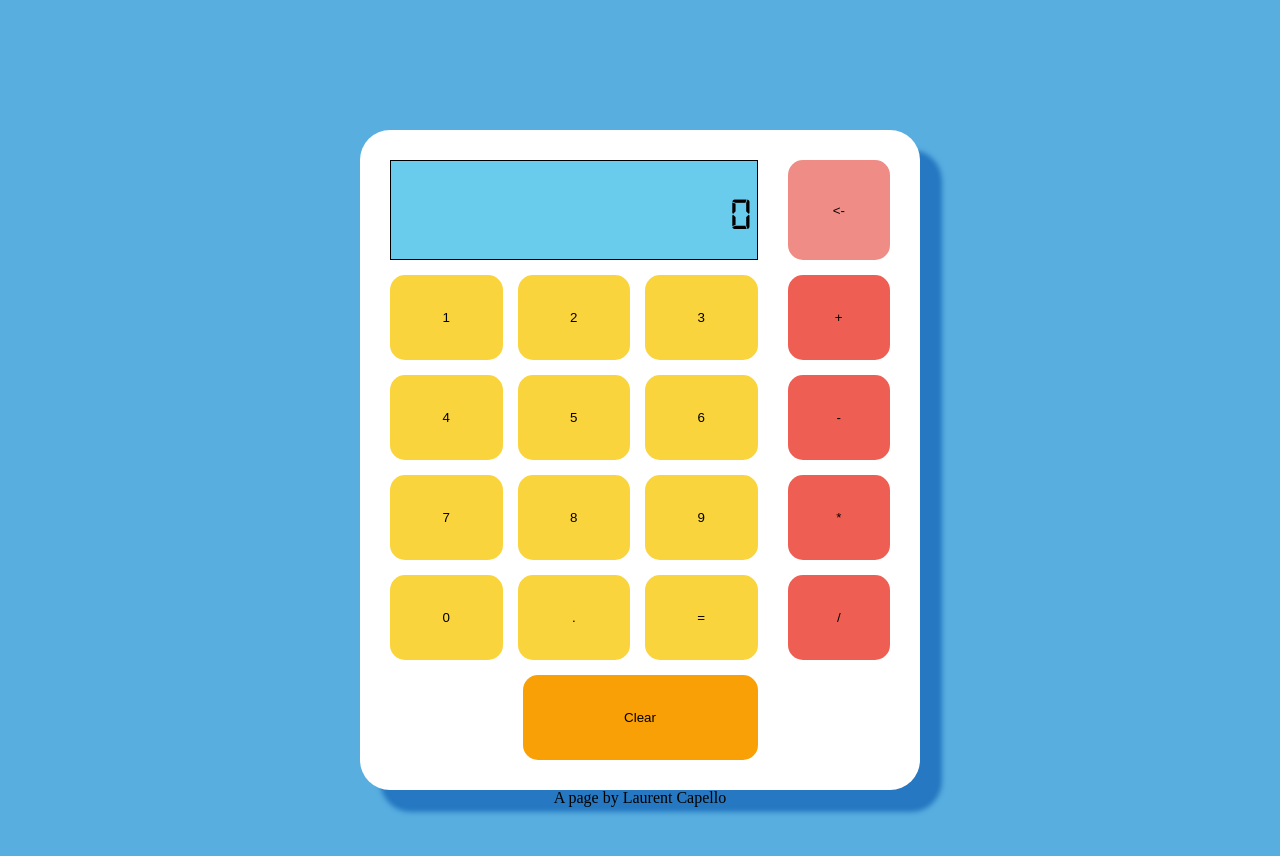
Repository: sokafootball/js-calculator
Page: index.html
These files come from the project's save history. The page is drawn as it stood at one moment and after a run of saves; the edit follows.
The browser window is 1280 px wide. The pictures show the whole page.

Above is the page before, as saved 2020-05-06 20:06:33.

After the next 2 saves:
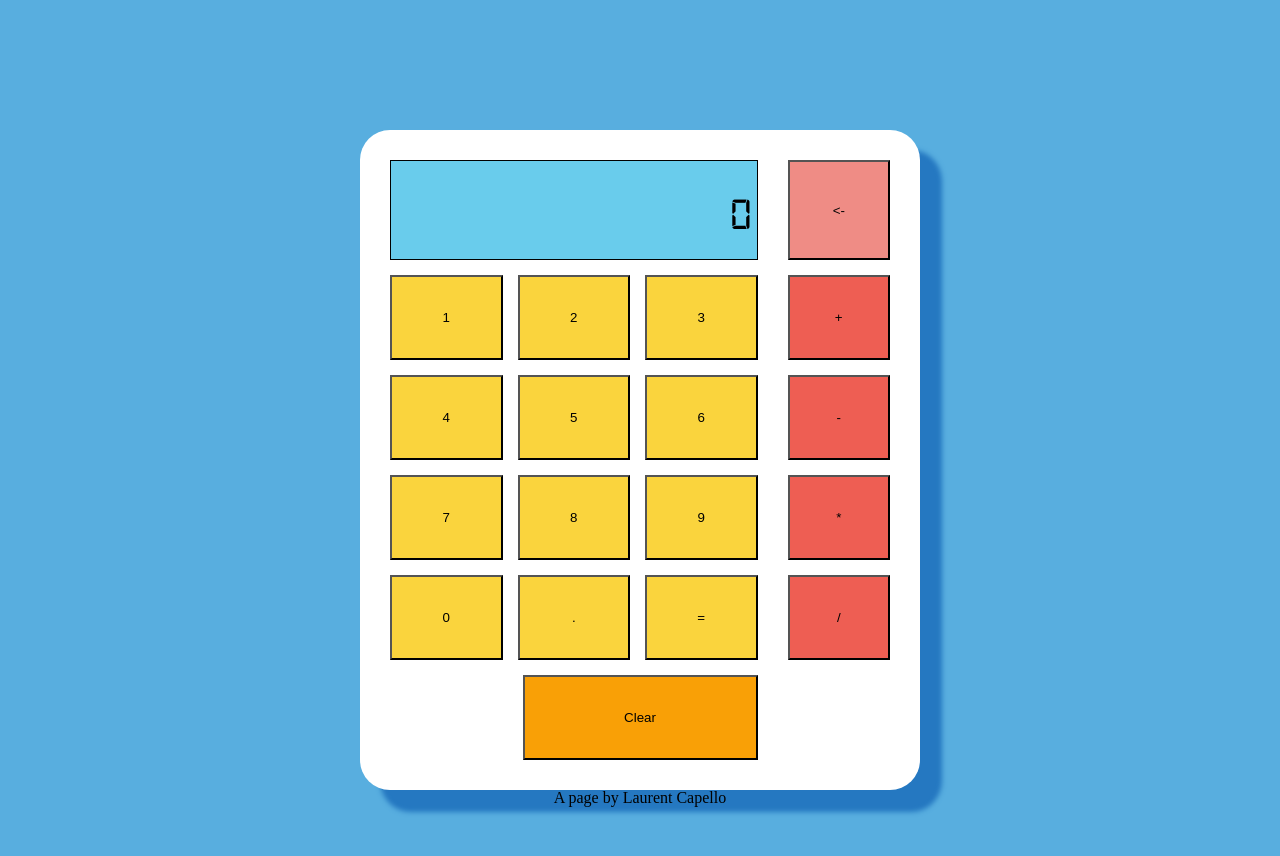
The 2 saves are shown as one change because they came seconds apart.
The last was saved 10 s later.
--- a/style.css
+++ b/style.css
@@ -22,7 +22,6 @@
 
 #numpad button{
   background-color: hsl(48, 95%, 61%);
-
 }
 
 #backspace{
@@ -51,7 +50,7 @@
   width: 500px;
 }
 
-#calculator button {
+#calculator button p{
   border-radius: 15px;
   border-width: 0px;
 }

After the 2 saves that followed:
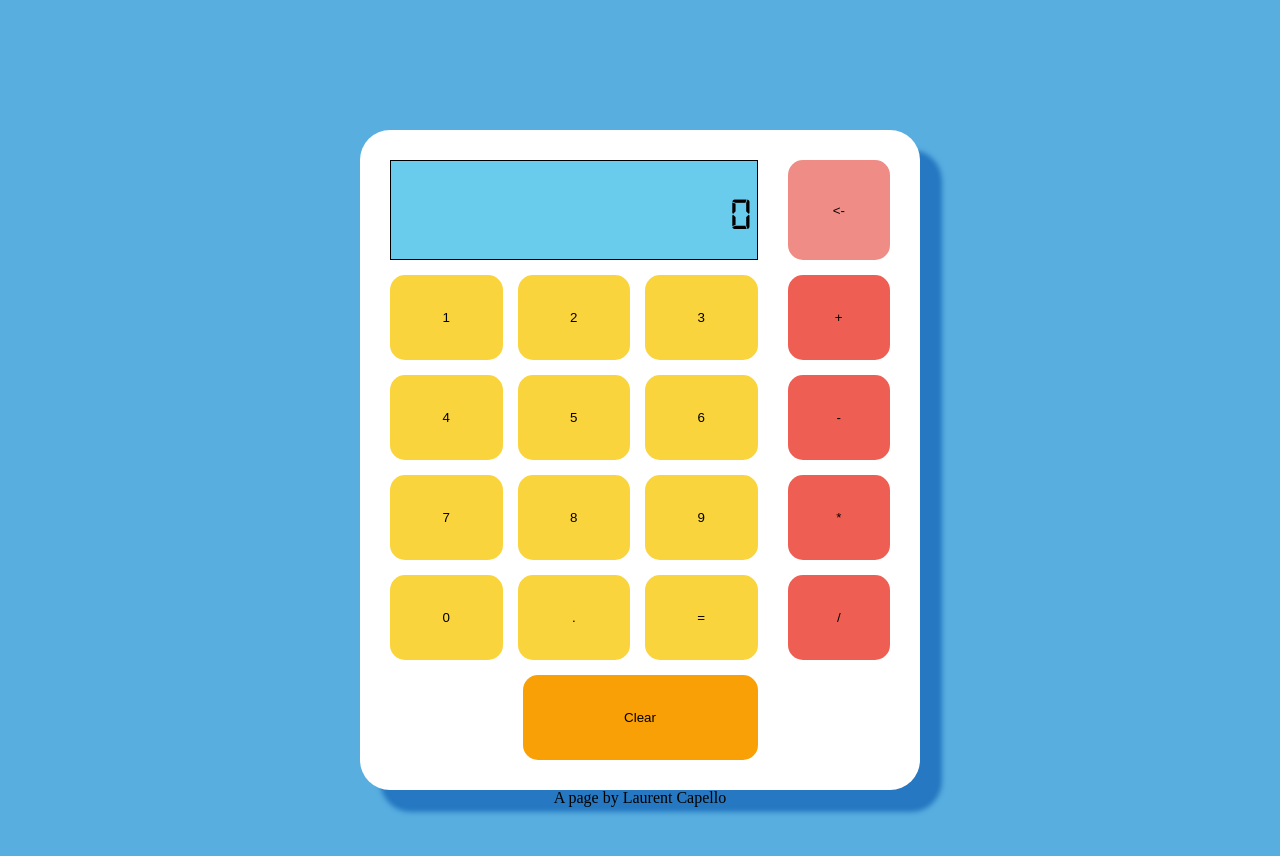
The 2 saves are shown as one change because they came seconds apart.
The last was saved 5 s later.
--- a/style.css
+++ b/style.css
@@ -50,7 +50,7 @@
   width: 500px;
 }
 
-#calculator button p{
+#calculator button{
   border-radius: 15px;
   border-width: 0px;
 }
